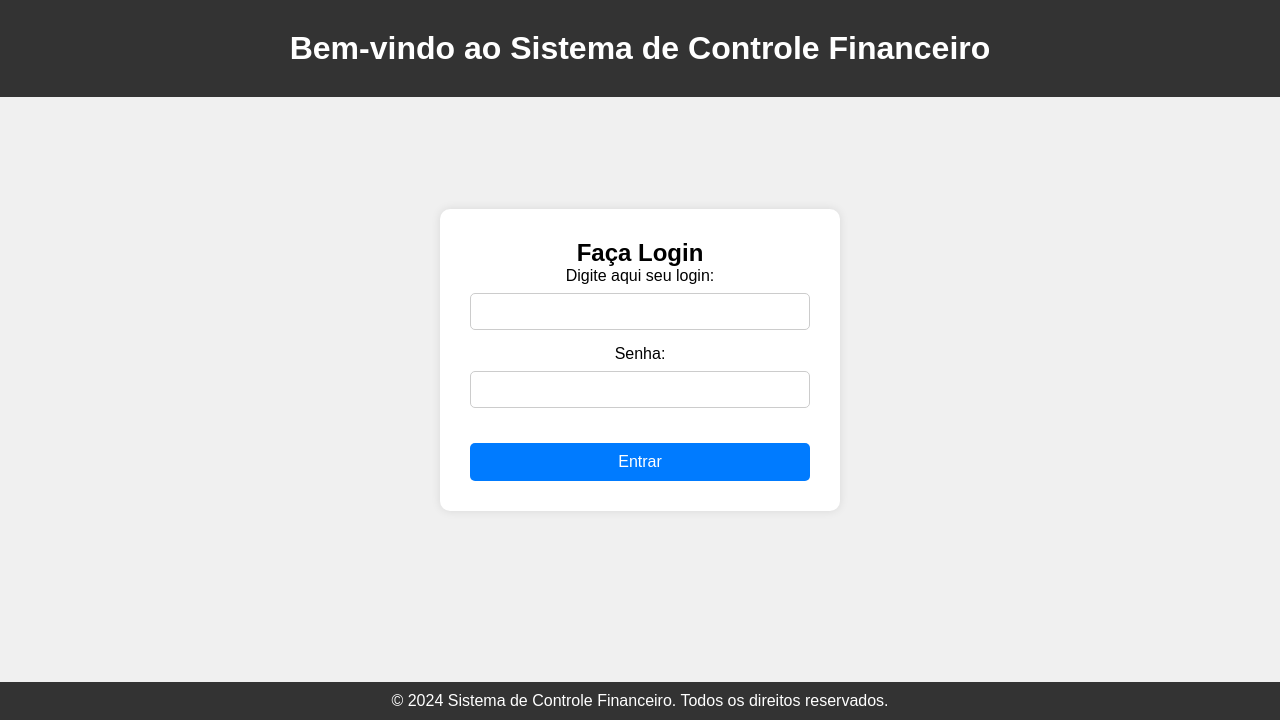
Repository: LucasMontalvao1/ProjetoMaxima
Page: / (app in AngularMaxima/)
These files come from the project's save history. The page is drawn as it stood at one moment and after the next save; the edit follows.
The browser window is 1280 px wide. The pictures show the whole page.
The project was rebuilt for these pictures with package versions that can differ from the ones it lists, and the page was loaded fresh each time. Also part of the build but not shown: AngularMaxima/angular.json, AngularMaxima/src/app/pages/home/home.component.ts.

Above is the page before, as saved 2024-07-14 18:17:38.

After the next save:
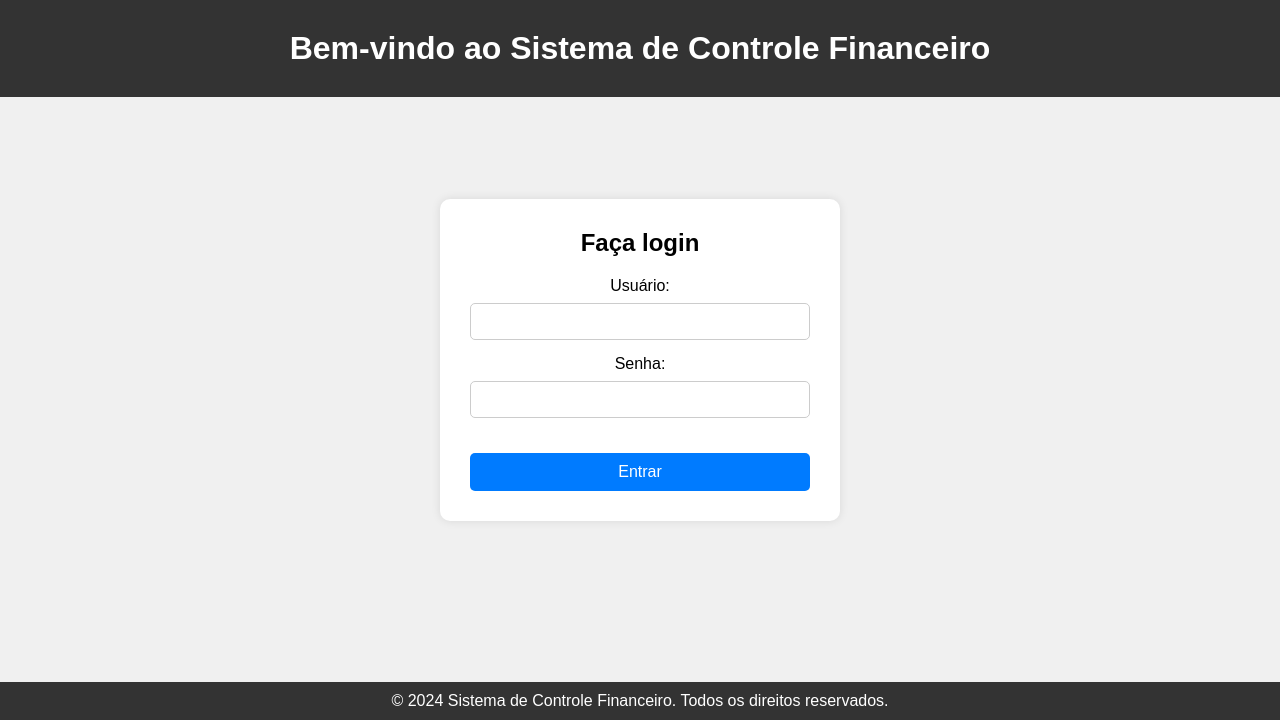
Saved 6 s later.
--- a/AngularMaxima/src/app/pages/login/login.component.html
+++ b/AngularMaxima/src/app/pages/login/login.component.html
@@ -4,23 +4,22 @@
   </header>
 
   <div class="main-content">
-    <div class="login-form">
-      <h2 class="form-title">Faça Login</h2>
-      <form class="form-login" [formGroup]="loginForm" (ngSubmit)="onSubmit()">
-        <div class="form-group">
-          <label for="username">Digite aqui seu login:</label>
-          <input type="text" id="username" formControlName="username">
-        </div>
+    <form class="login-form form-login" [formGroup]="loginForm" (ngSubmit)="onSubmit()">
+      <h2 class="login-header">Faça login</h2> <!-- Ajuste aqui -->
 
-        <div class="form-group">
-          <label for="password">Senha:</label>
-          <input type="password" id="password" formControlName="password">
-        </div>
+      <div class="form-group">
+        <label for="username">Usuário:</label>
+        <input type="text" id="username" formControlName="username">
+      </div>
 
-        <button type="submit">Entrar</button>
-        <div class="error-message" *ngIf="errorMessage">{{ errorMessage }}</div>
-      </form>
-    </div>
+      <div class="form-group">
+        <label for="password">Senha:</label>
+        <input type="password" id="password" formControlName="password">
+      </div>
+
+      <button type="submit">Entrar</button>
+      <div class="error-message" *ngIf="errorMessage">{{ errorMessage }}</div>
+    </form>
   </div>
 
   <footer class="footer">
